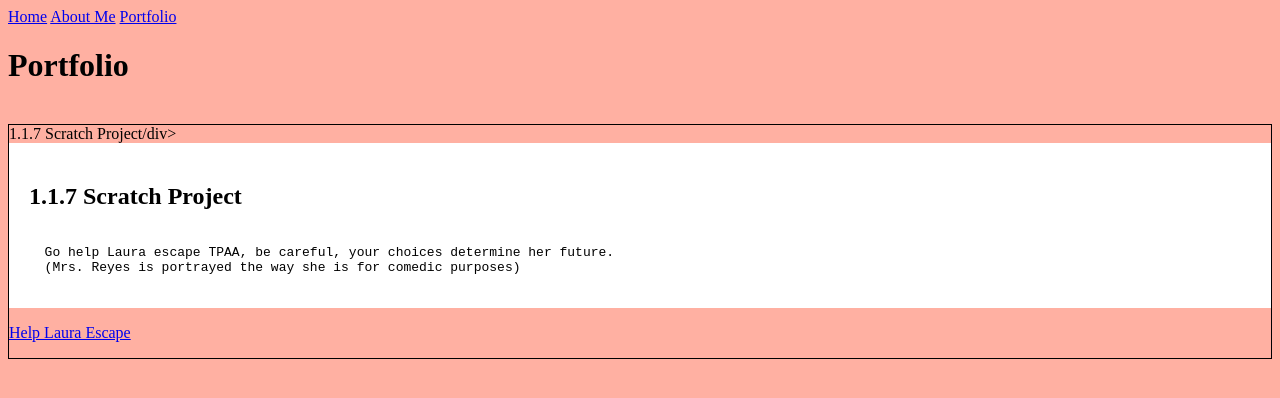
Repository: JDiaz463/JDiaz463.github.io
Page: my_website/portfolio.html
The author's editor kept a record of every edit. The page is drawn from the files as they stood at one moment, then again after the next edit.
The browser window is 1280 px wide. The pictures show the whole page.

Above is the page before.

### my_website/portfolio.html
<!doctype html>
	<html lang="en">
	  <body style="background-color:rgba(255, 99, 71, 0.5);">
	  <head>
	    <meta charset="utf-8">
	    <title>Portfolio</title>
	  </head>
	  <body>
    <a href="index.html">Home</a>
    <a href="aboutme.html">About Me</a>
    <a href="portfolio.html">Portfolio</a>
    <h1>Portfolio</h1>
    <br>
   <div style="border: 1px solid black">1.1.7 Scratch Project/div>
    <div style="background-color:white;color:black;padding:20px;">
  <h2>1.1.7 Scratch Project</h2>
  <pre>
  Go help Laura escape TPAA, be careful, your choices determine her future.
  (Mrs. Reyes is portrayed the way she is for comedic purposes)</pre>
</div>
    </a>
    <p><a href="https://scratch.mit.edu/projects/327037990">Help Laura Escape</a></p>
	  </body>
	</html>

After the next edit:
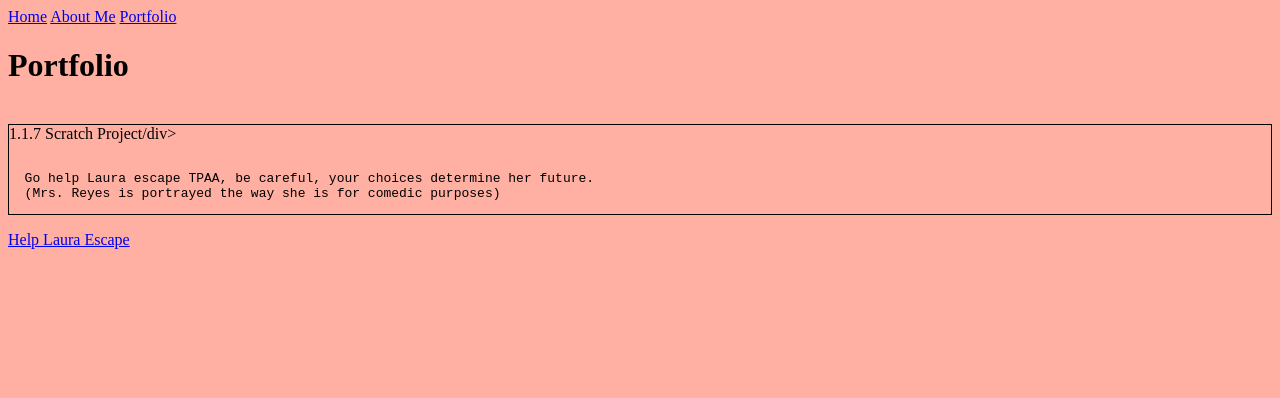
The edit:
--- a/my_website/portfolio.html
+++ b/my_website/portfolio.html
@@ -12,8 +12,7 @@
     <h1>Portfolio</h1>
     <br>
    <div style="border: 1px solid black">1.1.7 Scratch Project/div>
-    <div style="background-color:white;color:black;padding:20px;">
-  <h2>1.1.7 Scratch Project</h2>
+
   <pre>
   Go help Laura escape TPAA, be careful, your choices determine her future.
   (Mrs. Reyes is portrayed the way she is for comedic purposes)</pre>
